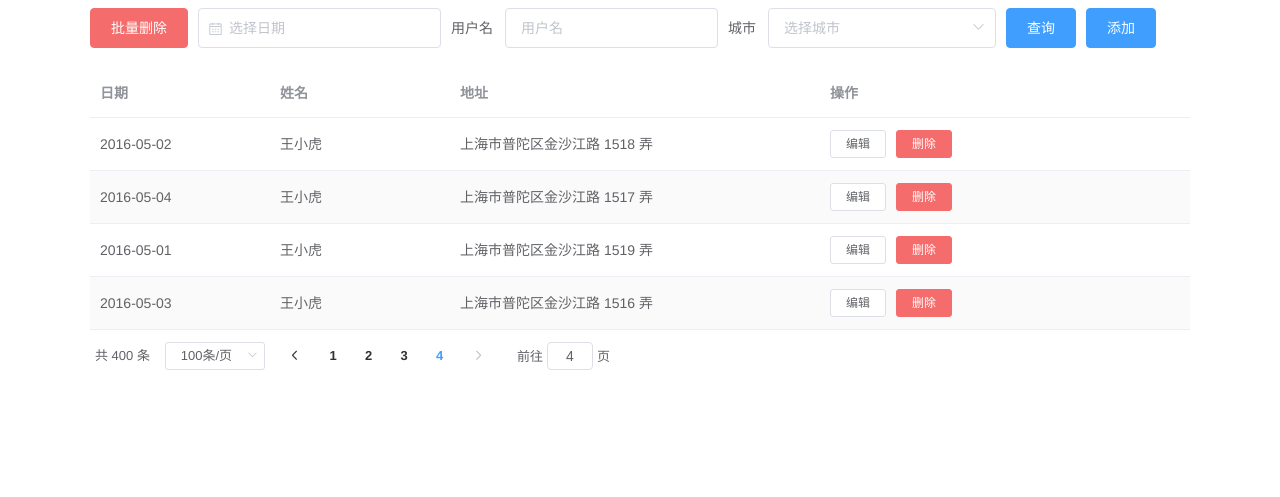
Repository: chang-meng-yun/vue_project
Page: /
The author's editor kept a copy of each file at every save. The page is drawn from the files as they stood at one save, then again after the next save.
The browser window is 1280 px wide. The pictures show the whole page.
The project was rebuilt for these pictures with package versions that can differ from the ones it lists, and the page was loaded fresh each time. Also part of the build but not shown: vue.config.js, src/VBindStudy.vue, src/HomeWork.vue, src/views/reHome.vue, src/components/HelloWorld.vue, src/views/HomeView.vue.

Above is the page before, as saved 2024-06-27 13:41:32.

After the next save:
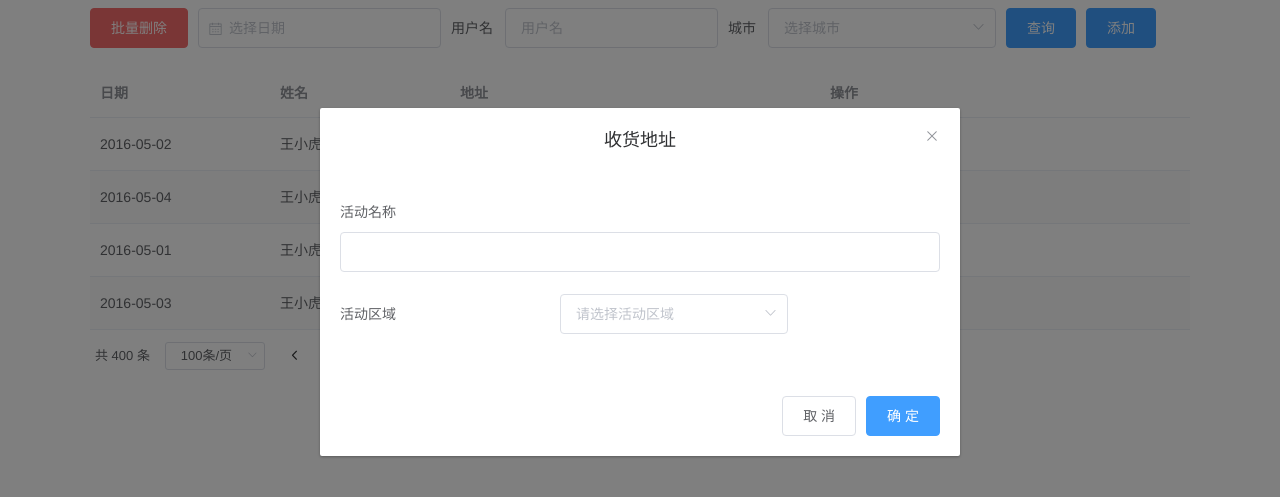
Saved 2 min 37 s later.
--- a/src/FromFrame.vue
+++ b/src/FromFrame.vue
@@ -23,7 +23,7 @@
                     <el-button type="primary" @click="onSubmit">查询</el-button>
                 </el-form-item>
                 <el-form-item>
-                    <el-button type="primary" @click="addUser">添加</el-button>
+                    <el-button type="primary"  @click="addUser = true">添加</el-button>
                 </el-form-item>
             </el-form>
         </div>
@@ -55,7 +55,7 @@
         </div>
         <!-- 保存的面板 对话框 -->
          <div>
-            <el-dialog title="收货地址" :visible.sync="saveMark">
+            <el-dialog title="收货地址" :visible.sync="addUser">
                 <el-form :model="subObj">
                   <el-form-item label="活动名称" :label-width="formLabelWidth">
                     <el-input v-model="subObj.name" autocomplete="off"></el-input>
@@ -68,8 +68,8 @@
                   </el-form-item>
                 </el-form>
                 <div slot="footer" class="dialog-footer">
-                  <el-button @click="saveMark = false">取 消</el-button>
-                  <el-button type="primary" @click="saveMark = false">确 定</el-button>
+                  <el-button @click="addUser = false">取 消</el-button>
+                  <el-button type="primary" @click="addUser = false">确 定</el-button>
                 </div>
               </el-dialog>
          </div>
@@ -81,7 +81,7 @@
             return {
                 // 保存需要的面板
                 subObj:{
-                  saveMark:false,
+                  addUser:false,
                   name:"",
                   city:""
                 },
